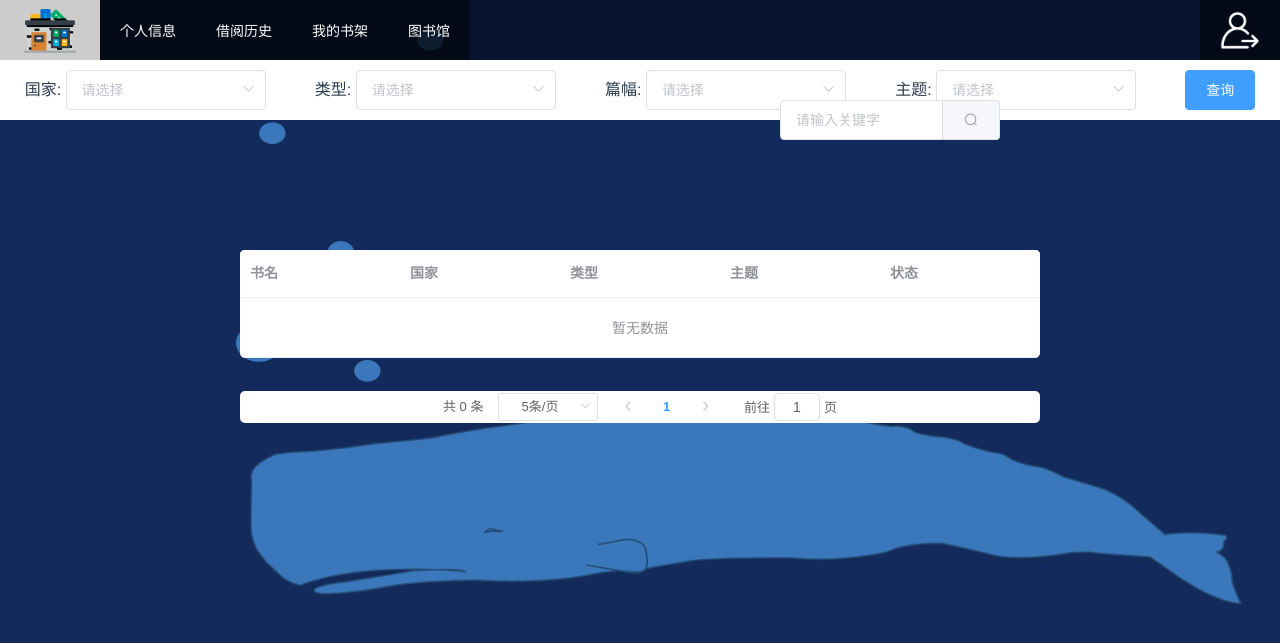
Repository: Akron-xz/helloVue
Page: /#/library (app in vue-library/)
The author's editor kept a copy of each file at every save. The page is drawn from the files as they stood at one save, then again after the next save.
The browser window is 1280 px wide. The pictures show the whole page.
The project was rebuilt for these pictures with package versions that can differ from the ones it lists, and the page was loaded fresh each time. Also part of the build but not shown: vue-library/src/components/homeNav.vue, vue-library/src/views/Home.vue.

Above is the page before, as saved 2020-11-25 20:37:12.

### vue-library/src/main.js
import Vue from 'vue'
import App from './App.vue'
import ElementUI from 'element-ui';
import 'element-ui/lib/theme-chalk/index.css';
import axios from "axios"
import router from './router'
import Router from 'vue-router'

const routerPush = Router.prototype.push
Router.prototype.push = function push(location) {
    return routerPush.call(this, location).catch(error => error)
}

Vue.config.productionTip = false
Vue.use(ElementUI);
Vue.prototype.$axios = axios;


new Vue({
    router,
    render: h => h(App)
}).$mount('#app')

### vue-library/src/router/index.js
import Vue from 'vue'
import VueRouter from 'vue-router'
import Home from '../views/Home.vue'


Vue.use(VueRouter)

const routes = [{
        path: '/',
        name: 'Home',
        component: Home
    },
    {
        path: '/about',
        name: 'About',
        // route level code-splitting
        // this generates a separate chunk (about.[hash].js) for this route
        // which is lazy-loaded when the route is visited.
        component: () =>
            import ( /* webpackChunkName: "about" */ '../views/About.vue')
    },
    {
        path: '/admin',
        name: 'Admin',
        // route level code-splitting
        // this generates a separate chunk (about.[hash].js) for this route
        // which is lazy-loaded when the route is visited.
        component: () =>
            import ( /* webpackChunkName: "about" */ '../views/Administrator.vue')
    },
    {
        path: "/userLogin",
        name: "UserLogin",
        component: () =>
            import ('../views/UserLogin.vue')
    },
    {
        path: "/user",
        name: "User",
        component: () =>
            import ( /* webpackChunkName: "about" */ '../views/User.vue')
    },
    {
        path: "/signup",
        name: "SignUp",
        component: () =>
            import ('../views/SignUp.vue')
    },
    {
        path: "/adminmain",
        name: "AdminMain",
        component: () =>
            import ('../views/AdminMain.vue')
    },
    {

        path: "/MyInformation",
        name: "MyInformation",
        component: () =>
            import ('../views/MyInformation.vue')
    },
    {
        path: "/library",
        name: "Library",
        component: () =>
            import ( /* webpackChunkName: "about" */ '../views/Library.vue')

    },
    {
        path: "/modifymsg",
        name: "ModifyMsg",
        component: () =>
            import ('../views/ModifyMsg.vue')
    },
    {
        path: "/borrowhistory",
        name: "BorrowHistory",
        component: () =>
            import ('../views/BorrowHistory.vue')
    },
    {
        path: "/newissue",
        name: "NewIssue",
        component: () =>
            import ('../views/NewIssue.vue')
    },
    {
        path: "/booksearch",
        name: "BookSearch",
        component: () =>
            import ('../views/BookSearch.vue')
    },
    {
        path: "/MyBookshelves",
        name: "MyBookshelves",
        component: () =>
            import ('../views/MyBookshelves.vue')
    },
    {
        path: "/modifyAnnounce",
        name: "ModifyAnnounce",
        component: () =>
            import ('../views/ModifyAnnounce.vue')
    },
    {
        path: "/statistics",
        name: "Statistics",
        component: () =>
            import ('../views/Statistics.vue')
    },


]

const router = new VueRouter({
    routes
})

export default router

### vue-library/src/views/Library.vue
<template >
  <div class="library-container">
    <userNavigation></userNavigation>
    <div class="select" v-show="tableDisplay">
      <label for=""
        >国家:
        <el-select v-model="couId" clearable placeholder="请选择">
          <el-option
            v-for="item in country"
            :key="item.countryId"
            :label="item.countryName"
            :value="item.countryId"
          >
          </el-option>
        </el-select>
      </label>

      <label for=""
        >类型:
        <el-select v-model="tyId" clearable placeholder="请选择">
          <el-option
            v-for="item in type"
            :key="item.typeId"
            :label="item.typeName"
            :value="item.typeId"
          >
          </el-option>
        </el-select>
      </label>

      <label for=""
        >篇幅:
        <el-select clearable placeholder="请选择" v-model="pagenumber">
          <el-option
            v-for="item in pages"
            :key="item.pageId"
            :label="item.pageName"
            :value="item.pageId"
          >
          </el-option>
        </el-select>
      </label>

      <label for=""
        >主题:
        <el-select v-model="thId" clearable placeholder="请选择">
          <el-option
            v-for="item in theme"
            :key="item.themeId"
            :label="item.themeName"
            :value="item.themeId"
          >
          </el-option>
        </el-select>
      </label>
      <el-button type="primary" class="query" @click="selectByLabel"
        >查询</el-button
      >
    </div>

    <div>
      <div class="keyWordQuery"  v-show="tableDisplay">
        <el-input
          placeholder="请输入关键字"
          style="width: 220px"
          class="input-with-select"
          v-model="key"
          @keyup.enter.native="selectByKey"
        >
          <el-button
            slot="append"
            icon="el-icon-search"
            @click="selectByKey"
          ></el-button>
        </el-input>
      </div>
    </div>

    <!-- 搜索后显示 -->
    <div class="table-box" v-show="tableDisplay">
      <el-table
        :data="
          lists.slice(
            (page.currentPage - 1) * page.pageSize,
            page.currentPage * page.pageSize
          )
        "
        max-height="450"
      >
        <el-table-column label="书名" property="bookName"></el-table-column>
        <el-table-column
          label="国家"
          property="country.countryName"
        ></el-table-column>
        <el-table-column
          label="类型"
          property="type.typeName"
        ></el-table-column>
        <el-table-column
          label="主题"
          property="theme.themeName"
        ></el-table-column>
        <el-table-column label="状态">
          <template slot-scope="scope">
            <el-button type="" @click="borrowStatus(scope.row)">详情</el-button>
          </template>
        </el-table-column>
      </el-table>
      <br />
      <!-- 分页器 -->
      <div class="block" style="margin-top: 15px">
        <el-pagination
          align="center"
          @size-change="handleSizeChange"
          @current-change="handleCurrentChange"
          :current-page="page.currentPage"
          :page-sizes="[1, 5, 10, 20]"
          :page-size="page.pageSize"
          layout="total, sizes, prev, pager, next, jumper"
          :total="lists.length"
           style="cursor:pointer;"
            title="回车确认"
        >
        </el-pagination>
      </div>
    </div>

    <!-- 进入借阅界面 -->
    <div class="borrow-box" v-show="!tableDisplay">
      <h1>书名：{{ bookname }}</h1>
      <div v-text="'简介：' + brief" class="brief"></div>
      <div class="borrow-button">
        <el-button v-if="isBorrow()" type="primary" @click="borrow" disabled>
          已借
        </el-button>
        <el-button v-else-if="this.surplusNumber >= 1" type="primary" @click="borrow">
          借阅
        </el-button>
        <el-button v-else type="primary" @click="borrow" disabled style="background-color: lack">
          无货
        </el-button>
        <el-button type="info" @click="goBack">返回</el-button>
      </div>
    </div>
  </div>
</template>
<script>
import axios from "axios";
import userNavigation from '@/components/userNav.vue';
export default {
  components:{
        userNavigation
    },
  data() {
    return {
      couId: "",
      tyId: "",
      thId: "",
      pagenumber: "",
      key: "",
      brief: "霍金写的书",
      bookname: "时间简史",
      tableDisplay: true,
      bookId:"",

      // 剩余数量
      surplusNumber:"",

      userData:[{
        userId:"",
        name: "",
          sex: "",
          age: "",
          email: "",
          birthday: "",
          phone: "",
          address: "",
          introduction: "",
          password: "",
      }],

      // 接收数据
      lists: [],
      // 分页
      page: {
        currentPage: 1, // 当前页码
        total: 20, // 总条数
        pageSize: 5, // 每页的数据条数
      },
      // 输入框内容
      inputContent: "",

      tableData: [
        {
          bookName: "1",
          country: {
            countryId: 0,
            countryName: "",
          },

          type: "3",
          theme: "4",
          brief: "5",
        },
      ],
      value: "",
      country: [
        {
          countryId: 0,
          countryName: "",
        },
      ],

      // 类型
      type: [
        {
          typeId: 0,
          typeName: "",
        },
      ],

      // 借阅历史
      borrowList:[],
      // 借阅状态：1.已借 2.有货 3.缺货
      num: 2,
      // 归还状态
      return: [],

      pages: [
        {
          pageId: 1,
          pageName: "短篇",
        },
        {
          pageId: 2,
          pageName: "中篇",
        },
        {
          pageId: 3,
          pageName: "长篇",
        },
        {
          pageId: 4,
          pageName: "超长篇",
        },
      ],
      theme: [
        {
          themeId: 0,
          themeName: "",
        },
      ],
    };
  },
  methods: {
    // 进入详细页面
    borrowStatus(row) {
      this.tableDisplay = !this.tableDisplay;
      this.brief = [row][0].brief;
      this.bookname = [row][0].bookName;
      this.bookId = [row][0].bookId;
      this.surplusNumber = [row][0].surplusNumber;
    },

    // 点击借阅按钮
    borrow() {
      console.log(this.bookId)
      console.log(this.userData[0].userId)
      axios({
        method:"get",
        url:"http://localhost:8081/user/borrow/",
        params:{
          userId:this.userData[0].userId,
          bookId:this.bookId,

        }
      }).then(res=>{
        alert(res.data);
        this.$router.go(0);
      })
     console.log(this.bookId)
      this.tableDisplay = !this.tableDisplay;
    },
     goBack() {
      this.tableDisplay = !this.tableDisplay;
    },
    // 每页多少条数据
    handleSizeChange(val) {
      console.log(`每页 ${val} 条`);
      this.page.currentPage = 1;
      this.page.pageSize = val;
    },
    // 当前页码
    handleCurrentChange(val) {
      console.log(`当前页: ${val}`);
      this.page.currentPage = val;
    },

    // 计算是否处于借阅状态
    isBorrow(){
      for (let i = 0; i < this.return.length; i++) {
        if (this.bookId == this.return[i].bookId) {
          return true;
        }
      }
      return false;
    },

    // 书籍模糊搜索
    searchContent() {
      if (this.inputContent == "") {
        alert("请输入需要查询的信息。");
        return 0;
      }
      axios
        .post(
          // 接口路径是什么？(fixed)
          "http://localhost:8081/book/list/" + this.inputContent
        )
        .then((res) => {
          console.log("搜索成功");
          let list = res.data;
          console.log(list);
        })
        .catch((err) => console.log("error...", err));
      //清空输入框
      this.inputContent = "";
    },

    // 关键字搜索
    selectByLabel() {
      axios
        .post(
          "http://localhost:8081/book/list/label",
          {
            countryId: this.couId,
            typeId: this.tyId,
            themeId: this.thId,
            lengthRange: this.pagenumber,
          },
          { emulateJSON: true }
        )
        .then((res) => {
          this.lists = res.data;
        })
        .catch((err) => console.log("error...", err));
    },

    selectByKey() {
      axios
        .get("http://localhost:8081/book/list/key", {
          params: {
            key: this.key,
          },
        })
        .then((res) => {
          this.lists = res.data;
          this.key = "";
        })
        .catch((err) => console.log("error...", err));
    },
  },

  created() {
    // 获取user的session
    let user = JSON.parse(sessionStorage.getItem("userSession"));
    console.log(user);
    this.userData[0].userId = user.userId;
    console.log(this.userData);
    axios
      .get("http://localhost:8081/book/list", {
        params: {
          pageNum: 1,
          pageSize: 5,
        },
      })
      .then((res) => {
        // console.log(pageInfo);
        // 使用全局lists变量来接收响应的json数据
        // 使用全局lists接受响应的json数据
        this.lists = res.data;
      })
      .catch((err) => console.log("error...", err));
    axios.get("http://localhost:8081/country/list").then((res) => {
      this.country = res.data;
    });
    axios.get("http://localhost:8081/type/list").then((res) => {
      this.type = res.data;
    });
    axios.get("http://localhost:8081/theme/list").then((res) => {
      this.theme = res.data;
    });
    axios({
            method:"get",
            url:"http://localhost:8081/user/bookshelves",
            params:{
              userId:this.userData[0].userId
            }
        }).then(res=>{
            console.log("this.return");
            // for (let i = 0; i < res.data.length; i++) {
            //   this.return[i].bookId = res.data[i].bookId;
            //   console.log(this.return[i].bookId);
            // }
            this.return = res.data;
            console.log(this.return);
        })
  },

  // 计算v-if的判断值
  // computed: {
  //   isBorrow: function(){
  //     return function(){
  //       for (let i = 0; i < this.return.length; i++) {
  //         if (this.bookId == this.return[i].bookId) {
  //           return true;
  //         }
  //       }
  //       return false;
  //     }
  //   }
  // },
};
</script>

<style  scoped>
.library-container {
  position: fixed;
  left: 0;
  top: 0;
  width: 100%;
  height: 100%;
  background-repeat: no-repeat;
  background-size: 100%;
  background-image: url(/img/divBg/bg34.jpg);
  background-size: 100% 100%;
  text-align: center;
}

.select {
  display: flex;
  flex-direction: row;
  justify-content: space-around;
  position: absolute;
  top: 60px;
  width: 100%;
  height: 60px;
  background: white;
  align-items: center;
}
.el-select {
  width: 200px;
}

.keyWordQuery {
  position: fixed;
  top: 100px;
  right: 300px;
  width: 200px;
}

.table-box {
  position: fixed;
  top: 250px;
  left: 50%;
  margin-left: -400px;
  width: 800px;
}

.borrow-box {
  position: fixed;
  top: 100px;
  left: 50%;
  margin-left: -230px;
  width: 500px;
  height: 400px;
  background-color: white;
}

.brief {

  width: 400px;
  height: 200px;
  margin-left: 50px;
  text-align: left;
}

.borrow-button {
  float: bottom;
  height: 150px;
  width: 200px;
  margin-top: 140px;
  margin-left: 160px;
}

.block{
  background: white;
  border-radius: 5px;
}

.el-table{
  border-radius: 5px;
}
</style>

### vue-library/src/components/userNav.vue
<template>

    <div class="navigation-bar">
        <el-menu
            class="el-menu-demo"
            mode="horizontal"
            @select="handleSelect"
            background-color="#00000080"
            text-color="#ffffff"
            text-font="15px">


            <el-menu-item index="1" @click="toUser">
                <img src="/img/libraryIcon.png" alt="" target="_self" class="libraryIcon">
            </el-menu-item>

            <el-menu-item index="2" @click="toModifyMsg">
                <a  target="_self"  >个人信息</a>
            </el-menu-item>

            <el-menu-item index="3" @click="toBorrowHistory">
                <a  target="_self">借阅历史</a>
            </el-menu-item>

            <el-menu-item index="4" @click="toMyBookshelves">
                <a  target="_self">我的书架</a>
            </el-menu-item>

            <el-menu-item index="5" @click="toLibrary">
                <a  target="_self">图书馆</a>
            </el-menu-item>

            <el-menu-item index="6" class="exitIcon">
                <img src="/img/logoutIconWhite.png" alt="" target="_self" class="logoutIcon" @click="signOut">
            </el-menu-item>

            <!-- <el-menu-item index="6" @click="toMain">
                <a  target="_self">返回主页</a>
            </el-menu-item> -->
        </el-menu>

    </div>
</template>

<script>
export default {
    name:"Nav",
    data() {
      return {
        activeIndex: '1'
      }
    },
    methods: {
    handleSelect(key, keyPath) {
      console.log(key, keyPath);
    },
    toUser(){
      this.$router.push({path:'/user'});
    },

    toModifyMsg(){
      this.$router.push({path:'/ModifyMsg'});
    },
    toBorrowHistory(){
      this.$router.push({path:'/BorrowHistory'});
    },
    toMyBookshelves(){
      this.$router.push({path:'/MyBookshelves'});
    },
    toLibrary(){
      this.$router.push({path:'/Library'});
    },
    signOut(){
      sessionStorage.clear();
      this.$router.push({path:'/'});
    }


  },

}
</script>>

<style scoped>
.libraryIcon{
  height: 60px;
  width: 60px;
}

.exitIcon{
  float: right;
}

.logoutIcon{
  height: 40px;
  width: 40px;
}

</style>>

Loaded but not shown: vue-library/public/index.html (common file); vue-library/src/App.vue (common file)

After the next save:
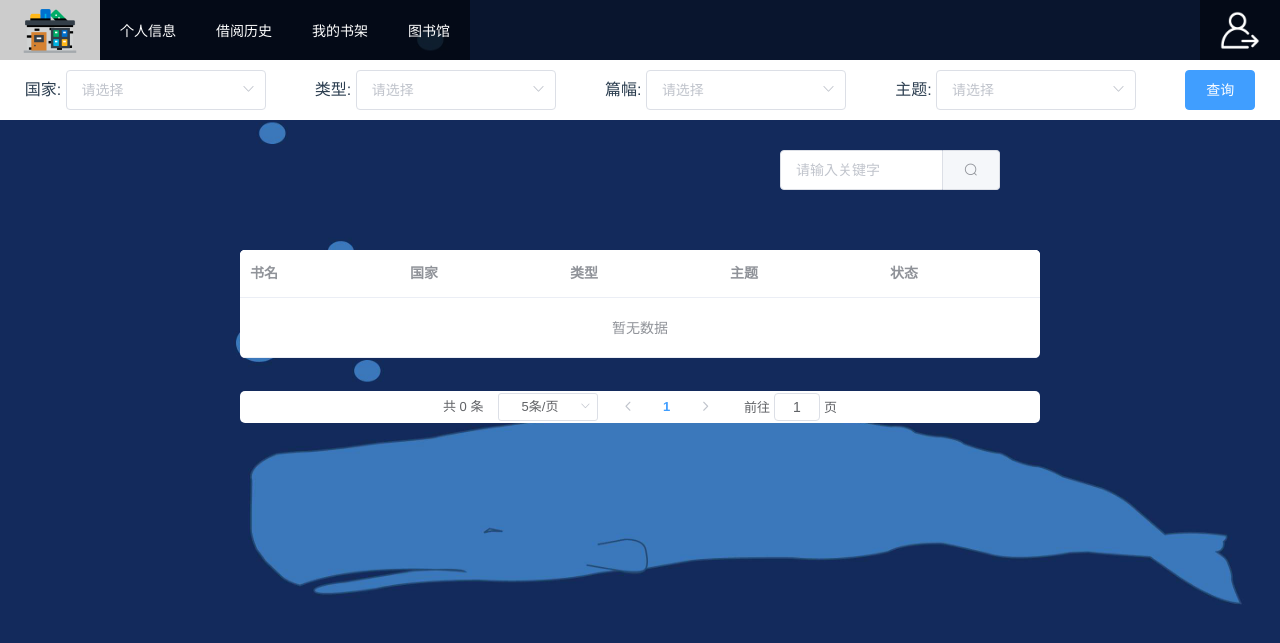
Saved 6 s later.
--- a/vue-library/src/views/Library.vue
+++ b/vue-library/src/views/Library.vue
@@ -454,7 +454,7 @@ export default {
 
 .keyWordQuery {
   position: fixed;
-  top: 100px;
+  top: 150px;
   right: 300px;
   width: 200px;
 }
